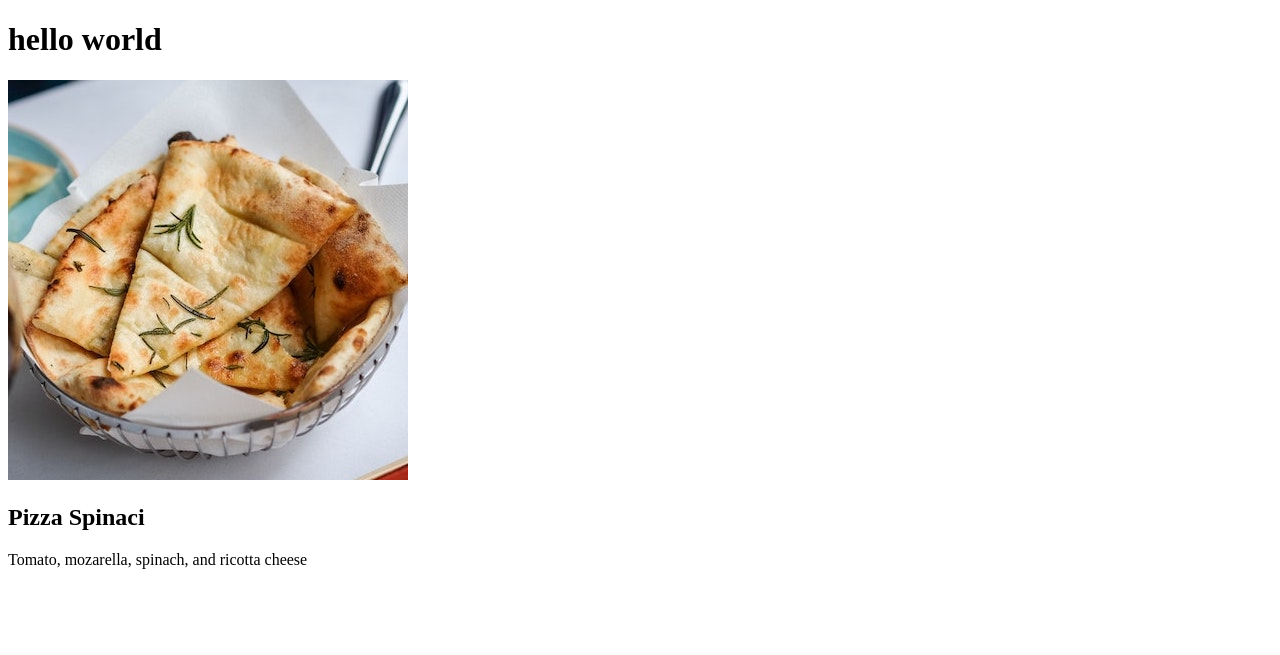
Repository: DhaWork/1-react-dasar-udemy-25
Page: /
The author's editor kept a copy of each file at every save. The page is drawn from the files as they stood at one save, then again after the next save.
The browser window is 1280 px wide. The pictures show the whole page.
The project was rebuilt for these pictures with package versions that can differ from the ones it lists, and the page was loaded fresh each time.

Above is the page before, as saved 2025-04-02 11:28:39.

After the next save:
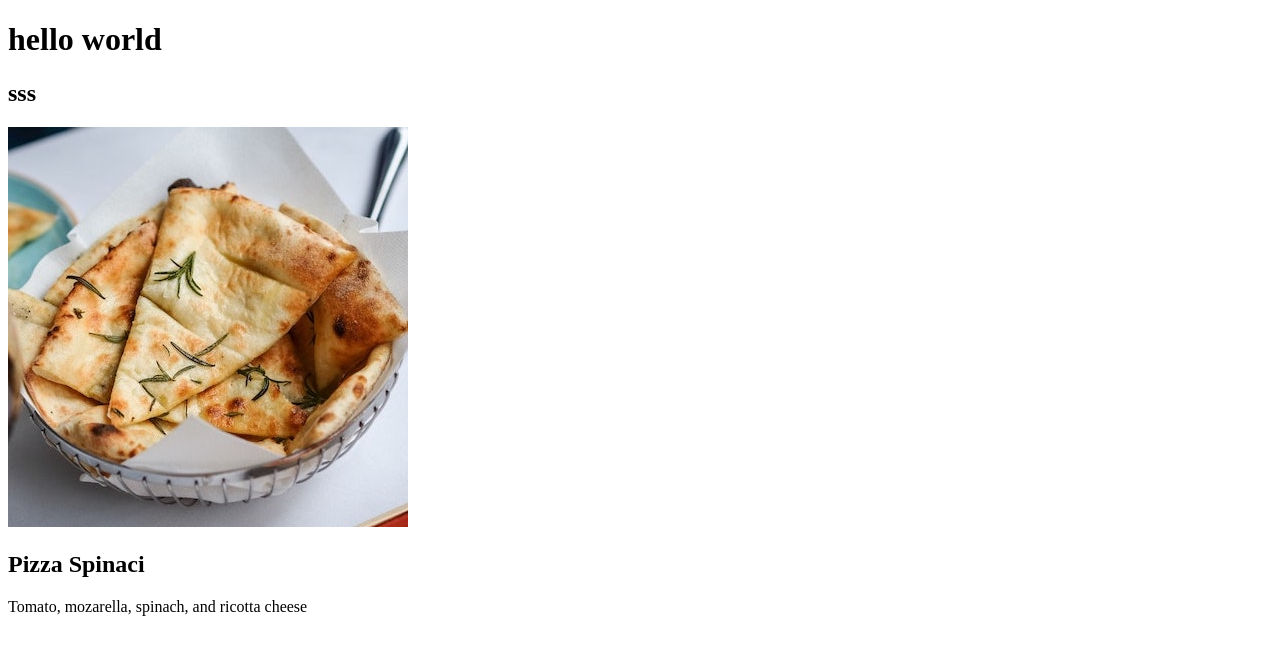
Saved 4 s later.
--- a/src/index.js
+++ b/src/index.js
@@ -50,7 +50,7 @@
   return (
     <div>
       <h1>hello world</h1>
-
+      <h2>sss</h2>
       <Pizza />
     </div>
   );

After the save that followed:
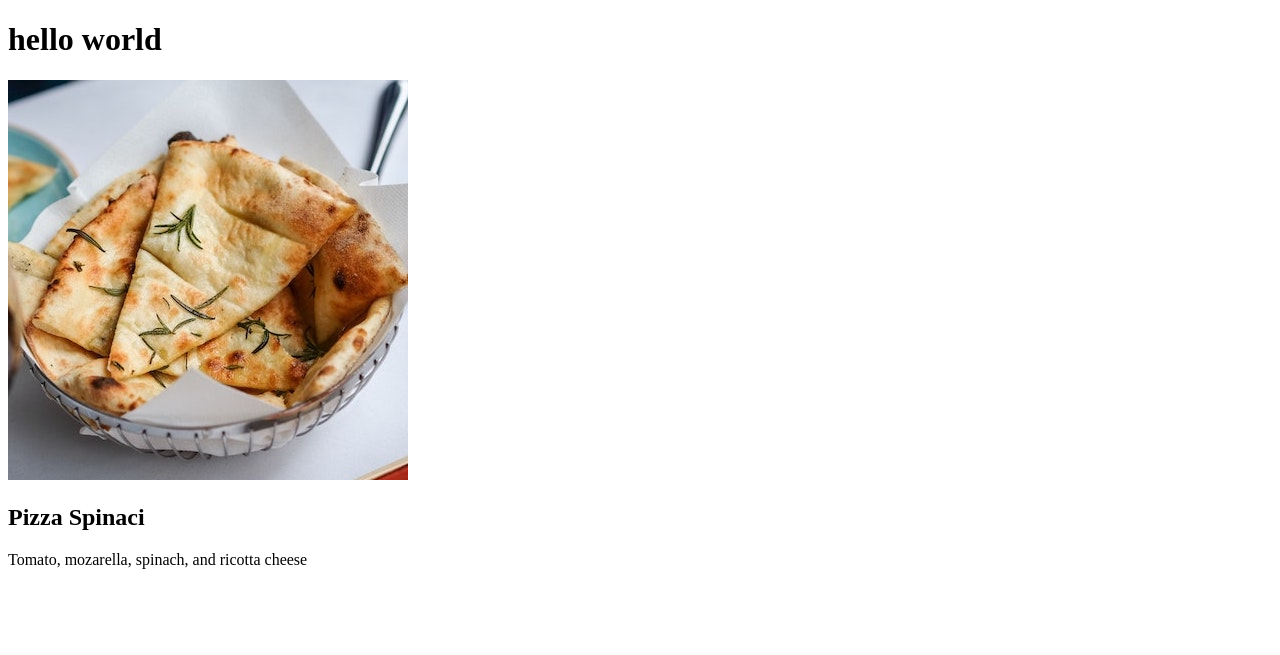
Saved 92 s later.
--- a/src/index.js
+++ b/src/index.js
@@ -50,7 +50,6 @@
   return (
     <div>
       <h1>hello world</h1>
-      <h2>sss</h2>
       <Pizza />
     </div>
   );
